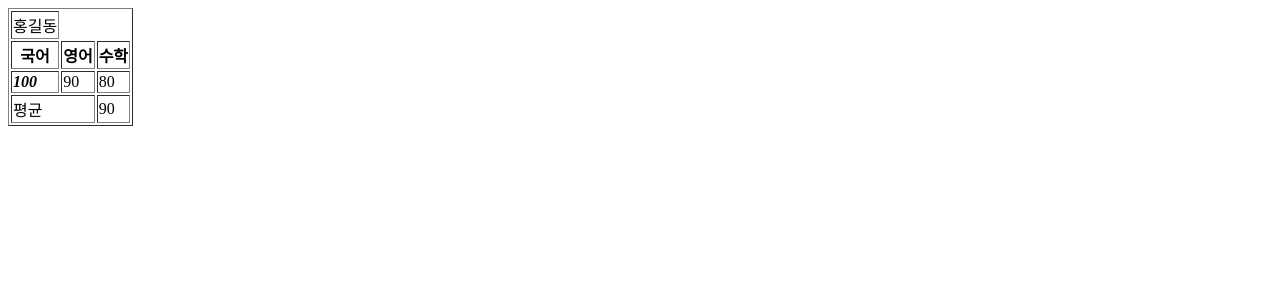
Repository: usonihs/StudyX
Page: JSP/HTML/src/main/webapp/Lec04.html
These files come from the project's save history. The page is drawn as it stood at one moment and after the next save; the edit follows.
The browser window is 1280 px wide. The pictures show the whole page.

Above is the page before, as saved 2022-10-19 04:59:54.

After the next save:
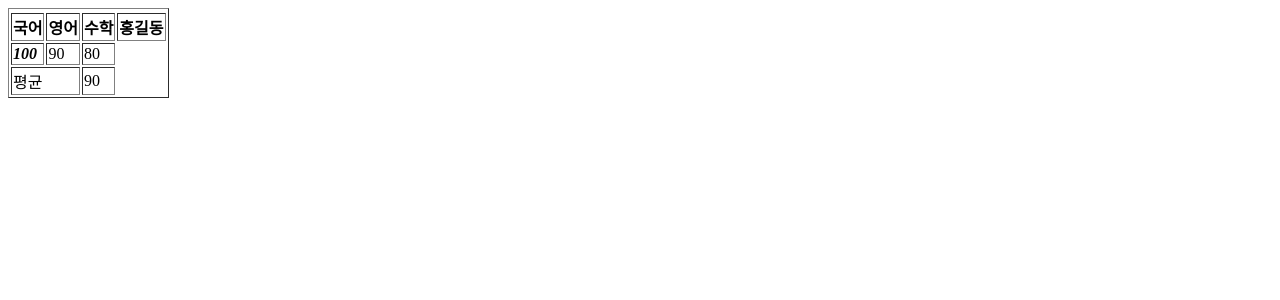
Saved 28 s later.
--- a/JSP/HTML/src/main/webapp/Lec04.html
+++ b/JSP/HTML/src/main/webapp/Lec04.html
@@ -7,12 +7,12 @@
 <body>
 	<table border="1">
 	<tr>
-	<td>홍길동</td>
 	</tr>
 		<tr>
 			<th>국어</th>
 			<th>영어</th>
 			<th>수학</th>
+			<th>홍길동</th>
 		</tr>
 		<tr>
 			<td><b><i>100</i></b></td>
